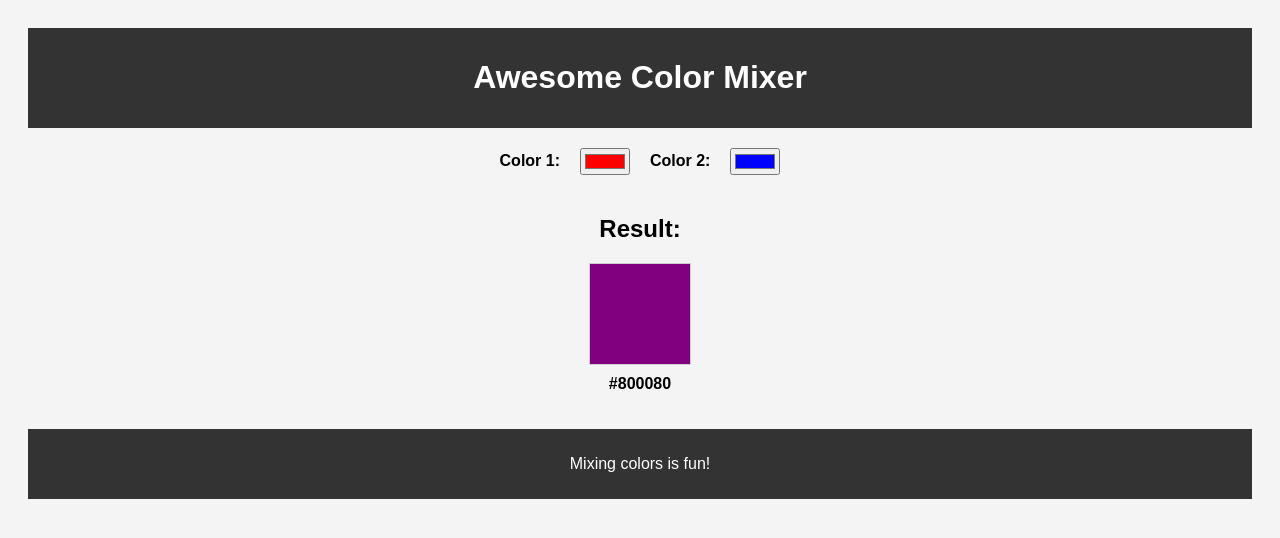
Repository: harleywolfley/wdd130
Page: spring25/itm101/0302/index.html
The author's editor kept a copy of each file at every save. The page is drawn from the files as they stood at one save, then again after the next save.
The browser window is 1280 px wide. The pictures show the whole page.

Above is the page before, as saved 2025-05-07 18:16:39.
Console error: TypeError: Cannot read properties of null (reading 'addEventListener')

### spring25/itm101/0302/index.html
<!DOCTYPE html>
<html>
<head>
  <title>Color Mixer</title>
  <link rel="stylesheet" href="style.css">
  </head>
<body>
  <header class="pageHeader">
    <h1>Awesome Color Mixer</h1>
  </header>

  <div class="color-inputs">
    <label for="color1">Color 1:</label>
    <input type="color" class="color1" value="#ff0000">

    <label for="color2">Color 2:</label>
    <input type="color" class="color2" value="#0000ff">
  </div>

  <div class="result">
    <h2>Result:</h2>
    <div class="mixedColor" style="background-color: purple;"></div>
    <p class="hexCode">#800080</p>
  </div>

  <footer class="pageFooter">
    <p>Mixing colors is fun!</p>
  </footer>

  <script src="script.js"></script>
</body>
</html>

### spring25/itm101/0302/style.css
/* Basic styling for the entire body */
body {
    font-family: sans-serif; /* Use a sans-serif font for better readability */
    display: flex; /* Use flexbox to arrange elements */
    flex-direction: column; /* Stack elements vertically */
    align-items: center; /* Center items horizontally */
    gap: 20px; /* Add some space between elements */
    padding: 20px; /* Add padding around the content */
    background-color: #f4f4f4; /* Light gray background color */
  }

  /* Styling for the header and footer */
  header, footer {
    width: 100%; /* Make them span the full width */
    background-color: #333; /* Dark background color */
    color: white; /* White text color initially */
    text-align: center; /* Center the text inside */
    padding: 10px 0; /* Add vertical padding */
  }

  /* Styling for the container of the color inputs */
  .color-inputs {
    display: flex; /* Arrange labels and inputs in a row */
    gap: 20px; /* Space between the label and input pairs */
    align-items: center; /* Vertically align the labels and inputs */
  }

  /* Styling for the labels of the color inputs */
  .color-inputs label {
    font-weight: bold; /* Make the labels bold */
  }

  /* Styling for the result section */
  .result {
    display: flex; /* Arrange the heading, color display, and hex code in a column */
    flex-direction: column;
    align-items: center; /* Center the items horizontally */
  }

  /* Styling for the div that displays the mixed color */
  .mixedColor {
    width: 100px; /* Fixed width */
    height: 100px; /* Fixed height */
    border: 1px solid #ccc; /* Light gray border */
  }

  /* Styling for the paragraph that displays the hex code */
  .hexCode {
    margin-top: 10px; /* Add some space above the hex code */
    font-weight: bold; /* Make the hex code bold */
  }

### spring25/itm101/0302/script.js
document.addEventListener('DOMContentLoaded', () => {
    const color1Input = document.getElementById('color1');
    const color2Input = document.getElementById('color2');
    const mixedColorDiv = document.getElementById('mixedColor');
    const hexCodeParagraph = document.getElementById('hexCode');
    const pageHeader = document.getElementById('pageHeader');
    const pageFooter = document.getElementById('pageFooter');

    function hexToRgb(hex) {
      const bigint = parseInt(hex.slice(1), 16);
      const r = (bigint >> 16) & 255;
      const g = (bigint >> 8) & 255;
      const b = bigint & 255;
      return [r, g, b];
    }

    function rgbToHex(r, g, b) {
      return '#' + [r, g, b].map(x => {
        const hex = x.toString(16);
        return hex.length === 1 ? '0' + hex : hex;
      }).join('');
    }

    function getLuminance(rgb) {
      const a = 0.055;
      const multipliers = [0.2126, 0.7152, 0.0722];
      const adjustedRgb = rgb.map(v => {
        v /= 255;
        return v <= 0.03928 ? v / 12.92 : Math.pow((v + a) / (1 + a), 2.4);
      });
      return adjustedRgb.reduce((sum, val, index) => sum + val * multipliers[index], 0);
    }

    function mixColors() {
      const color1 = hexToRgb(color1Input.value);
      const color2 = hexToRgb(color2Input.value);

      const mixedR = Math.round((color1[0] + color2[0]) / 2);
      const mixedG = Math.round((color1[1] + color2[1]) / 2);
      const mixedB = Math.round((color1[2] + color2[2]) / 2);

      const mixedHex = rgbToHex(mixedR, mixedG, mixedB);
      mixedColorDiv.style.backgroundColor = mixedHex;
      hexCodeParagraph.textContent = mixedHex;

      // Set the background color of the header and footer to the mixed color
      pageHeader.style.backgroundColor = mixedHex;
      pageFooter.style.backgroundColor = mixedHex;

      // Determine text color based on luminance for better readability
      const luminance = getLuminance([mixedR, mixedG, mixedB]);
      const textColor = luminance > 0.5 ? '#000' : '#fff';
      pageHeader.style.color = textColor;
      pageFooter.style.color = textColor;
    }

    color1Input.addEventListener('input', mixColors);
    color2Input.addEventListener('input', mixColors);

    mixColors(); // Initial call to set the initial mixed color and header/footer styles
  });

After the next save:
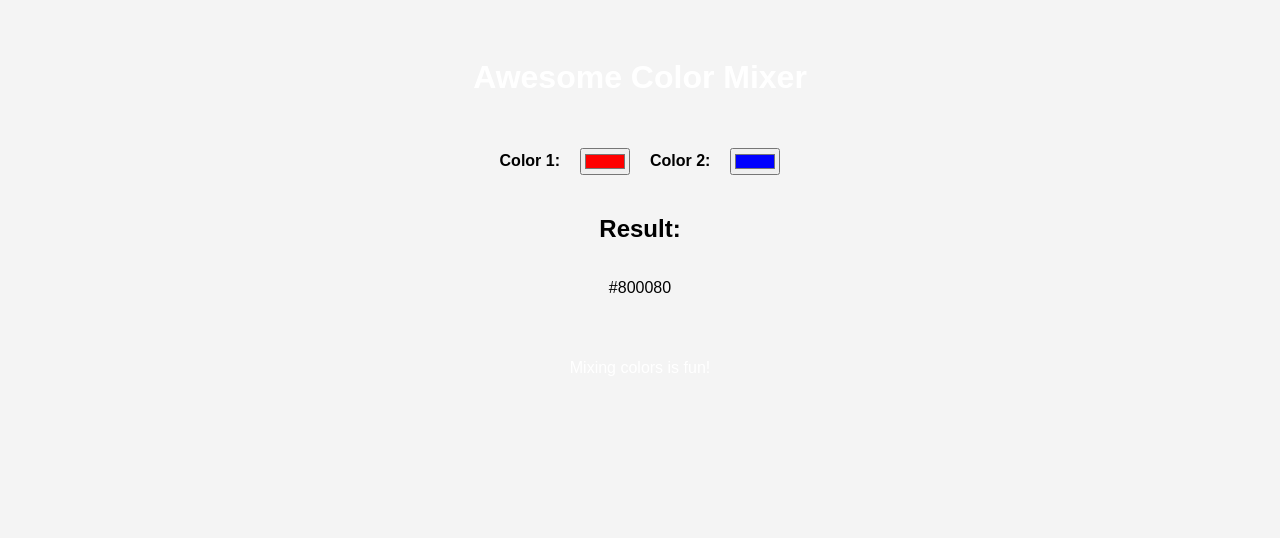
Saved 2 s later.
--- a/spring25/itm101/0302/style.css
+++ b/spring25/itm101/0302/style.css
@@ -1,51 +1,43 @@
-/* Basic styling for the entire body */
 body {
-    font-family: sans-serif; /* Use a sans-serif font for better readability */
-    display: flex; /* Use flexbox to arrange elements */
-    flex-direction: column; /* Stack elements vertically */
-    align-items: center; /* Center items horizontally */
-    gap: 20px; /* Add some space between elements */
-    padding: 20px; /* Add padding around the content */
-    background-color: #f4f4f4; /* Light gray background color */
+    font-family: sans-serif;
+    display: flex;
+    flex-direction: column;
+    align-items: center;
+    gap: 20px;
+    padding: 20px;
+    background-color: #f4f4f4;
   }
 
-  /* Styling for the header and footer */
   header, footer {
-    width: 100%; /* Make them span the full width */
-    background-color: #333; /* Dark background color */
-    color: white; /* White text color initially */
-    text-align: center; /* Center the text inside */
-    padding: 10px 0; /* Add vertical padding */
+    width: 100%;
+    color: white; /* Default text color */
+    text-align: center;
+    padding: 10px 0;
   }
 
-  /* Styling for the container of the color inputs */
   .color-inputs {
-    display: flex; /* Arrange labels and inputs in a row */
-    gap: 20px; /* Space between the label and input pairs */
-    align-items: center; /* Vertically align the labels and inputs */
+    display: flex;
+    gap: 20px;
+    align-items: center;
   }
 
-  /* Styling for the labels of the color inputs */
   .color-inputs label {
-    font-weight: bold; /* Make the labels bold */
+    font-weight: bold;
   }
 
-  /* Styling for the result section */
   .result {
-    display: flex; /* Arrange the heading, color display, and hex code in a column */
+    display: flex;
     flex-direction: column;
-    align-items: center; /* Center the items horizontally */
+    align-items: center;
   }
 
-  /* Styling for the div that displays the mixed color */
-  .mixedColor {
-    width: 100px; /* Fixed width */
-    height: 100px; /* Fixed height */
-    border: 1px solid #ccc; /* Light gray border */
+  #mixedColor {
+    width: 100px;
+    height: 100px;
+    border: 1px solid #ccc;
   }
 
-  /* Styling for the paragraph that displays the hex code */
-  .hexCode {
-    margin-top: 10px; /* Add some space above the hex code */
-    font-weight: bold; /* Make the hex code bold */
+  #hexCode {
+    margin-top: 10px;
+    font-weight: bold;
   }
